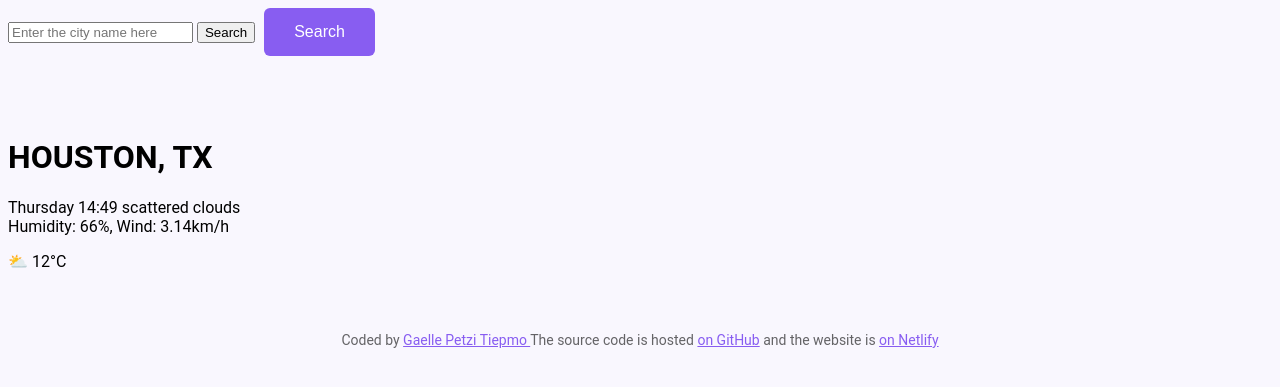
Repository: OnwardForward/meteo.by.gaelle
Page: meteo.appbygaelle.html
The author's editor kept a copy of each file at every save. The page is drawn from the files as they stood at one save, then again after a run of saves.
The browser window is 1280 px wide. The pictures show the whole page.

Above is the page before, as saved 2024-04-18 15:17:23.

After the next 2 saves:
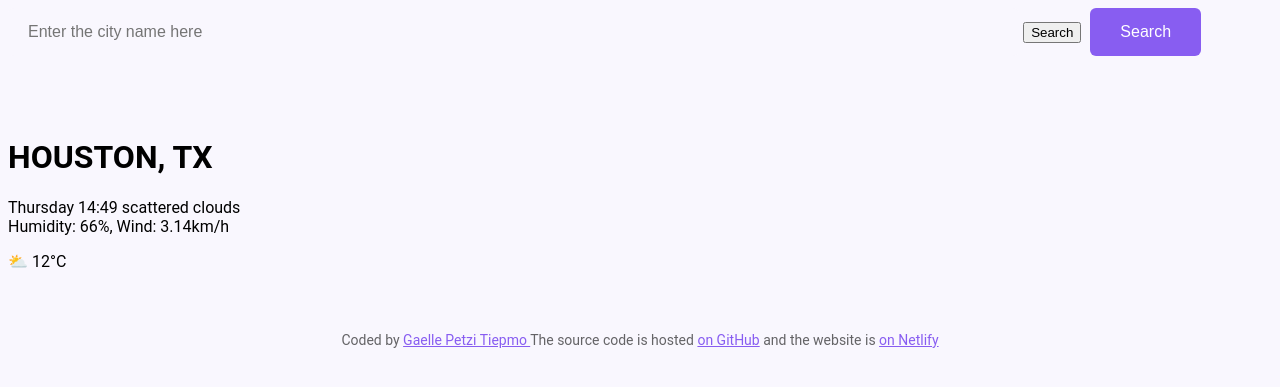
The 2 saves are shown as one change because they came seconds apart.
The last was saved 94 s later.
--- a/meteo.appbygaelle.html
+++ b/meteo.appbygaelle.html
@@ -9,7 +9,7 @@
 <body>
    <header>
     <form>
-        <input type="search" placeholder="Enter the city name here" required />
+        <input type="search" placeholder="Enter the city name here" required class="search-form-input" />
         <input type="submit" value="Search" />
         <input type="submit" value="Search" class="search-form-button" />
     </form>
